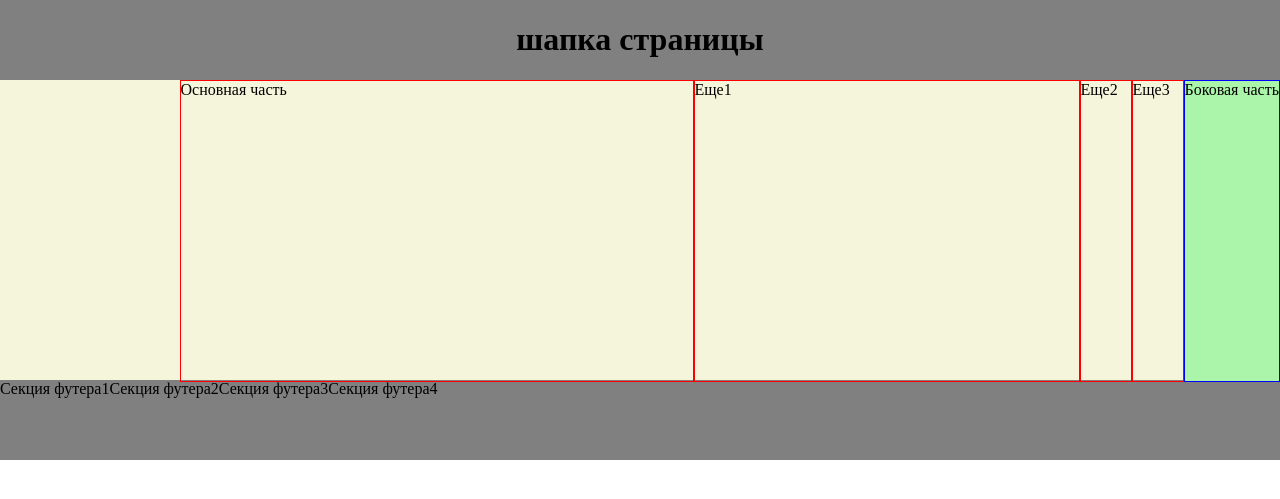
Repository: IrinaGetmanenko/week5
Page: week5/index.html
These files come from the project's save history. The page is drawn as it stood at one moment and after the next save; the edit follows.
The browser window is 1280 px wide. The pictures show the whole page.

Above is the page before, as saved 2022-08-28 13:29:19.

### week5/index.html
<!DOCTYPE html>
<html lang="en">
<head>
    <meta charset="UTF-8">
    <meta http-equiv="X-UA-Compatible" content="IE=edge">
    <meta name="viewport" content="width=device-width, initial-scale=1.0">
    <link rel="stylesheet" href="normalize.css">
    <title>Document</title>
    <style>
        .h1{
           display: flex;
           justify-content: center;
           height: 80px;
           background-color: gray;
        }

        .container1{
            display: flex;
            flex-wrap: wrap;
            height: 300px;
            background-color: beige;
            justify-content: flex-end;

        }
        .main{
            border: 1px solid red;
            width: 40%;
        }
        .main1{
           width: 30%;
           border: 1px solid red;

        }

        .main2{
            flex-basis: 50px;
            border: 1px solid red;



}
       .main3{
        flex-basis: 50px;
        border: 1px solid red;

}

.aside{
    border: 1px solid blue;
    height: 300px;
    background-color: rgb(170, 245, 170);
}
.footer{
display: flex;
height: 80px;
background-color: gray;
}


    </style>
</head>
<body>
    <header>
        <div class="h1">
            <h1>шапка страницы</h1>
    </header>

    <main>
        <div class="container1">
            <div class="main">Основная часть</div>

        <div class="main1">Еще1</div>

        <div class="main2">Еще2</div>


        <div class="main3">Еще3</div>

        <div class="aside">Боковая часть</div>


    </div>

    </main>

     <div class="footer">
        <div>Секция футера1</div>
        <div>Секция футера2</div>
        <div>Секция футера3</div>
        <div>Секция футера4</div>
    </div>


</body>
</html>

Loaded but not shown: week5/normalize.css (library)

After the next save:
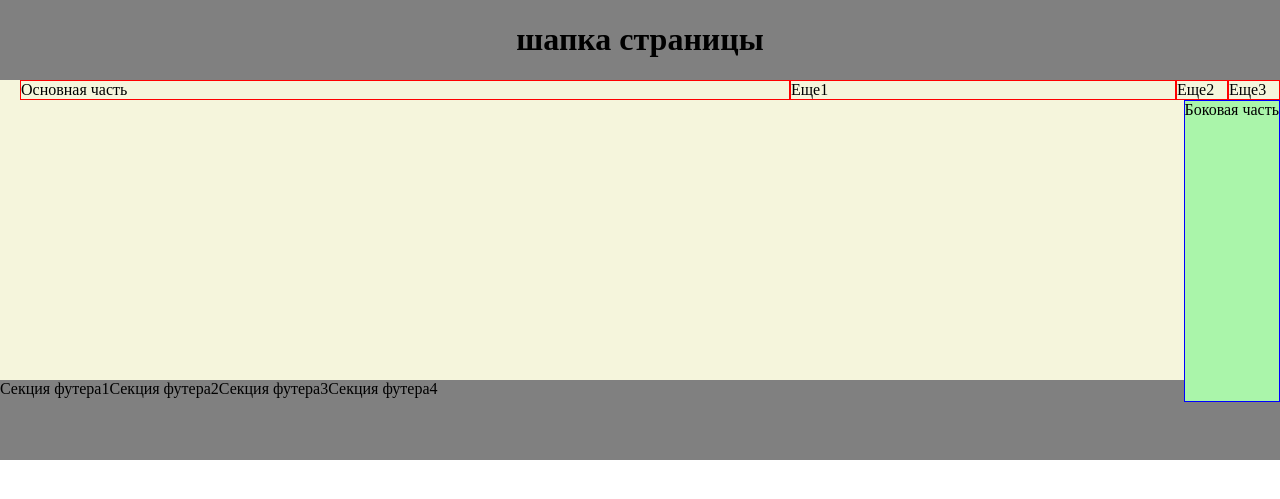
Saved 15 s later.
--- a/week5/index.html
+++ b/week5/index.html
@@ -24,7 +24,7 @@
         }
         .main{
             border: 1px solid red;
-            width: 40%;
+            width: 60%;
         }
         .main1{
            width: 30%;

After the save that followed:
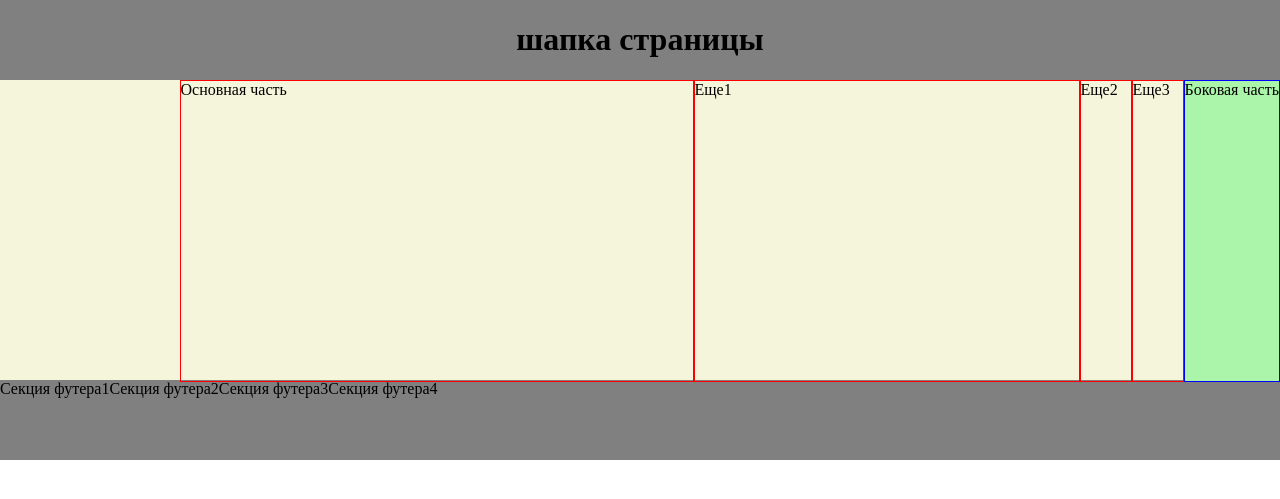
Saved 12 s later.
--- a/week5/index.html
+++ b/week5/index.html
@@ -24,7 +24,7 @@
         }
         .main{
             border: 1px solid red;
-            width: 60%;
+            width: 40%;
         }
         .main1{
            width: 30%;
